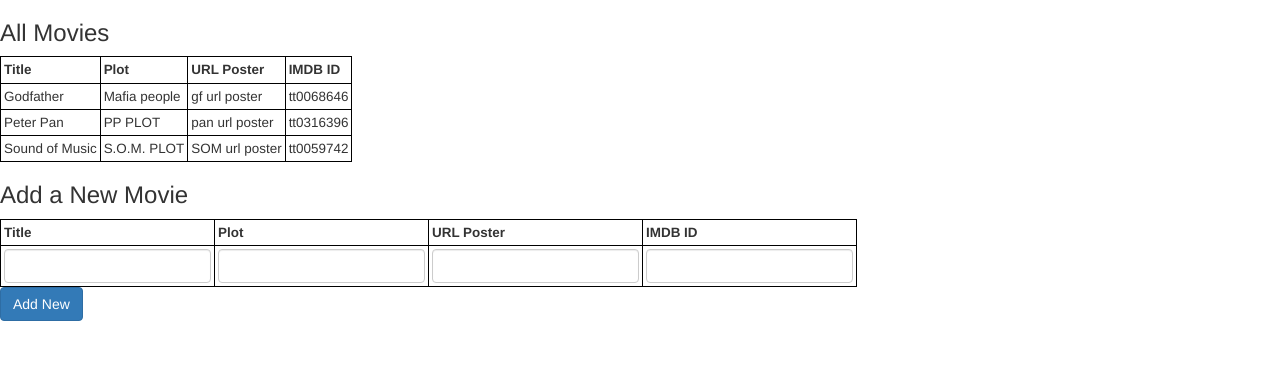
Repository: gitsana/JoseAnnunziato
Page: MyRestfulService/WebContent/movies.html
An editor plug-in stored every save of this project. The page is shown before and after the next save, followed by the edit.
The browser window is 1280 px wide. The pictures show the whole page.
The page's requests for data from a server got no answer.

Above is the page before, as saved 2015-10-02 03:13:45.

After the next save:
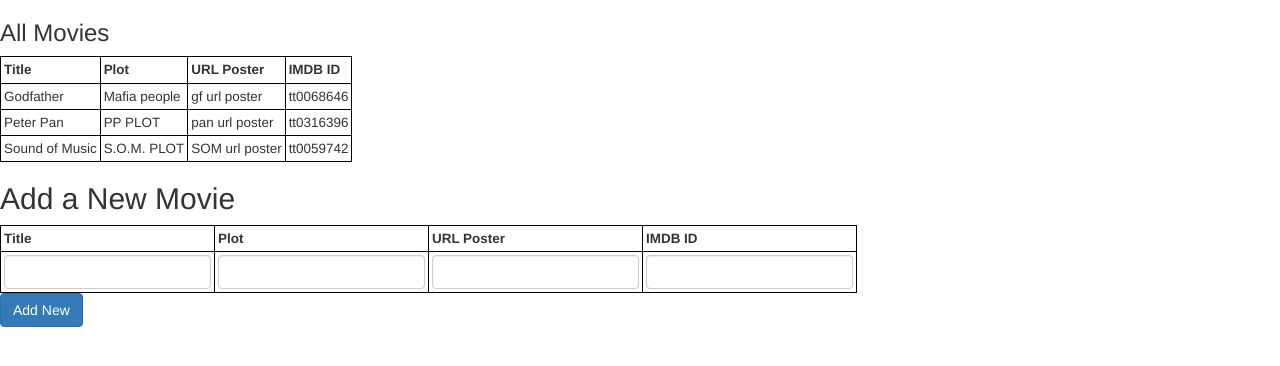
Saved 31 s later.
--- a/MyRestfulService/WebContent/movies.html
+++ b/MyRestfulService/WebContent/movies.html
@@ -26,7 +26,7 @@
 	</tr>
 </table>
 
-<h3>Add a New Movie</h3>
+<h2>Add a New Movie</h2>
 <table>
 	<tr>
 		<th>Title</th>
